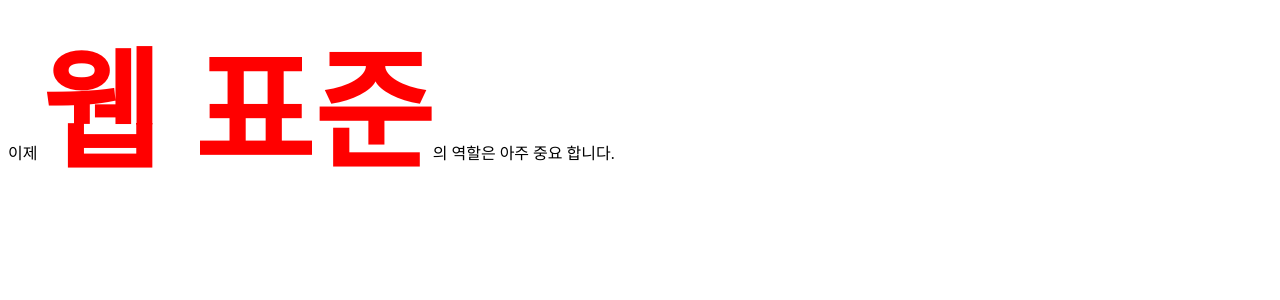
Repository: KimHeonSeung/TJE_HTML
Page: sources/day_01/WebContent/standard.html
An editor plug-in stored every save of this project. The page is shown before and after the next save, followed by the edit.
The browser window is 1280 px wide. The pictures show the whole page.

Above is the page before, as saved 2019-05-10 02:56:44.

After the next save:
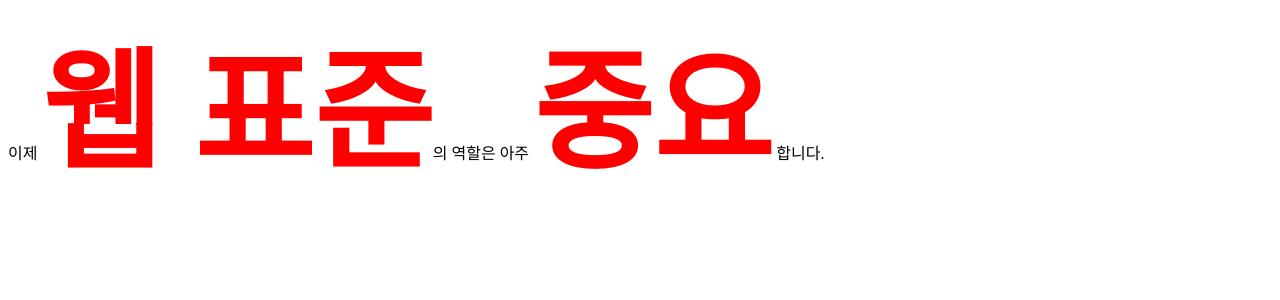
Saved 4 s later.
--- a/sources/day_01/WebContent/standard.html
+++ b/sources/day_01/WebContent/standard.html
@@ -18,7 +18,7 @@
 <body>
 	<p>
 	이제 <span class = "accent">웹 표준</span>의 역할은
-	아주 <span class = "accent_1">중요</span> 합니다.
+	아주 <span class = "accent">중요</span> 합니다.
 	</p>
 </body>
 
